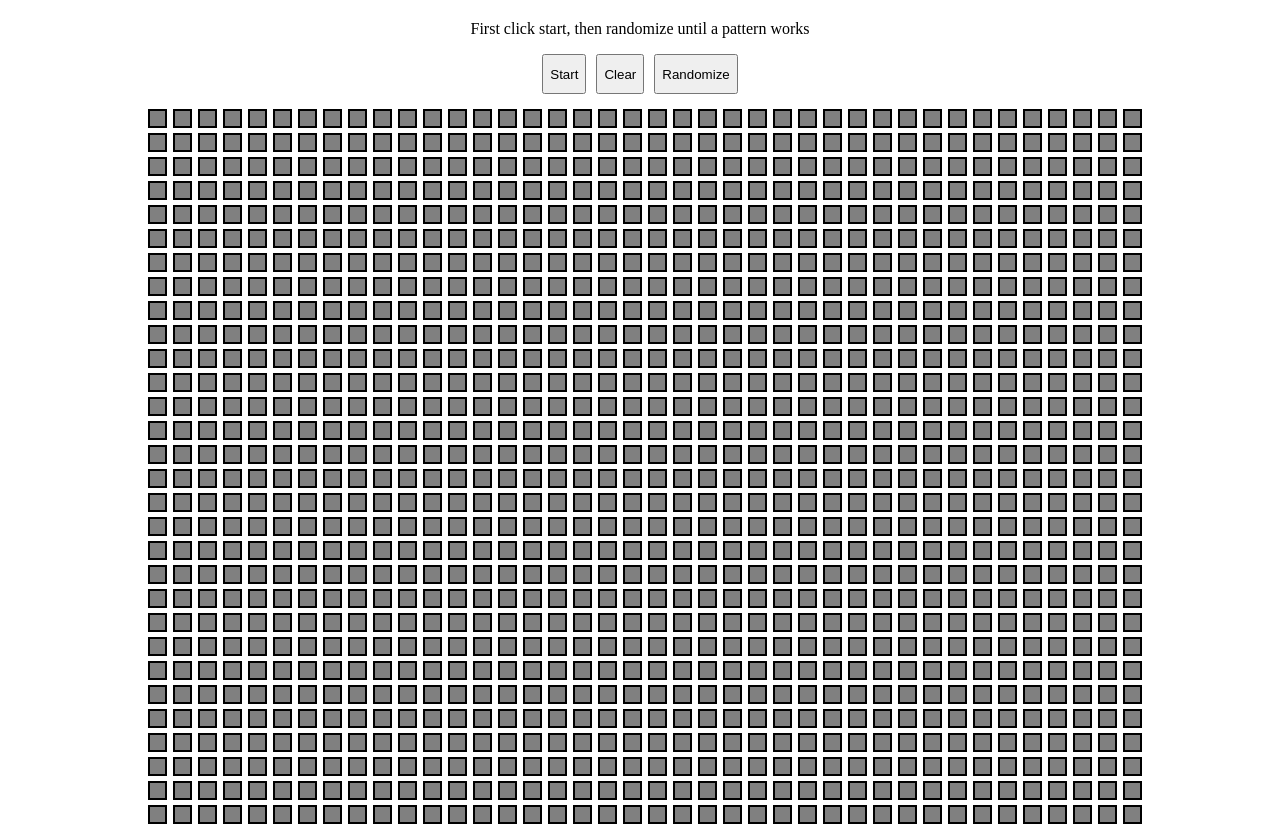
Repository: avanbussum/cellular-automata
Page: /
The author's editor kept a copy of each file at every save. The page is drawn from the files as they stood at one save, then again after a run of saves.
The browser window is 1280 px wide. The pictures show the whole page.
The project was rebuilt for these pictures with package versions that can differ from the ones it lists, and the page was loaded fresh each time.

Above is the page before, as saved 2023-04-29 01:45:40.

### src/App.js
import React, { useState, useCallback, useRef } from 'react'
import Produce from 'immer';

const numRows = 30;
const numCols = 40;

let rps = false;

// const cell = {alive: 0, type: 0, color: ''};
//const deadcell = {dead: 0, type: 0, color: ''};


const neighborCoordinates = [
  [0, 1],
  [0, -1],
  [1, 1],
  [1, -1],
  [-1, 0],
  [-1, 1],
  [-1, -1],
  [1, 0]
]

const resetGrid = () => {
  const rows = [];
  for (let i = 0; i < numRows; i++) {
    rows.push(Array.from(Array(numCols), () => { const cell = { alive: 0, type: '', color: 'purple' }; return (cell) }
    ))
  }
  console.log(rows.join(rows.type))
  return rows;
}

export const App = () => {
  const [grid, setGrid] = useState(() => {
    return resetGrid()
  });

  const [running, setRunning] = useState(false)

  const runningRef = useRef(running);
  runningRef.current = running

  const runSimulation = useCallback(() => {
    if (!runningRef.current) {
      return;
    }
    setGrid((grid) => {
      return Produce(grid, gridCopy => {
        for (let x = 0; x < numRows; x++) {
          for (let y = 0; y < numCols; y++) {
            let neighbors = 0;
            neighborCoordinates.forEach(([a, b]) => {
              const newX = x + a;
              const newY = y + b;

              if (newX >= 0 && newX < numRows && newY >= 0 && newY < numCols) {
                neighbors += grid[newX][newY].alive
              }
            })

            // "game of life - rules"

            // if (neighbors < 2 || neighbors > 3) {
            //   gridCopy[x][y].alive = 0;
            // } else if (grid[x][y].alive === 0 && neighbors === 3) {
            //   gridCopy[x][y].alive = 1;
            // }

            //"seeds"

            // if (grid[x][y].alive === 1 && neighbors === 2) {
            //   gridCopy[x][y].alive = 1;
            // } else if (grid[x][y].alive === 0 && neighbors === 2) {
            //   gridCopy[x][y].alive = 1;
            // } else {
            //   gridCopy[x][y].alive = 0;
            // }

            // "RPS"
            rps = true
            let r = 0;
            let p = 0;
            let s = 0;
            console.log(s)

            neighborCoordinates.forEach(([a, b]) => {
              const newX = x + a;
              const newY = y + b;

              if (newX >= 0 && newX < numRows && newY >= 0 && newY < numCols) {
                if (grid[newX][newY].type === 'scissors') s++;
                if (grid[newX][newY].type === 'rock') r++;
                if (grid[newX][newY].type === 'paper') p++;
              }
            })

            let cur = grid[x][y];
            if (cur.alive) {
              switch (cur.type) {
                case 'rock':
                  if (p>2) {
                    gridCopy[x][y].type = 'paper';
                    gridCopy[x][y].color = 'green';
                  }
                break;

                case 'paper':

                  if (s>2) {
                    gridCopy[x][y].type = 'scissors';
                    gridCopy[x][y].color = 'red';
                  }
                break;

                case 'scissors':
                  if (r>2) {
                    gridCopy[x][y].type = 'rock';
                    gridCopy[x][y].color = 'blue';
                  }
                break;
              }
            }



          }
        }
      });
    });


    setTimeout(runSimulation, 0.1);
  }, []);




  return (
    <>
    <p style={{
          display: 'flex',
          justifyContent: 'center',
          marginTop: '20px',
          gap:'10px'
        }}>First click start, then randomize until a pattern works</p>
    <div style={{
          display: 'flex',
          justifyContent: 'center',
          marginTop: '15px',
          gap:'10px'
        }}>
          <button
          style={{
          height: '40px',
        }}
        onClick={() => {
          setRunning(!running);
          if (!running) {
            runningRef.current = true;
            runSimulation();
          }
        }}
      >
        {running ? 'Stop' : 'Start'}
      </button>
      <button onClick={() => setGrid(resetGrid())}>Clear</button>
      <button
        onClick={() => {
          const rows = [];

          for (let i = 0; i < numRows; i++) {
            rows.push(
              Array.from(Array(numCols), () => {
                const cell = { alive: 0, type: '', color: 'purple' };
                let prob = 0.4;
                if (rps === true) prob = 1
                if (Math.random() < prob) {
                  cell.alive = 1;
                }
                else {
                  cell.alive = 0;
                }

                if (rps === true) {
                  if (Math.random() < 1 / 3) {
                    cell.type = 'rock';
                    cell.color = 'blue'
                  }
                  else if (Math.random() > 2 / 3) {
                    cell.type = 'paper';
                    cell.color = 'green'

                  }
                  else {
                    cell.type = 'scissors';
                    cell.color = 'red'
                  }
                }

                return cell;
              })
            );
          }
          console.log(rows)
          setGrid(rows);
        }}
      >
        Randomize
      </button>
      </div>

      <div
        style={{
          display: 'grid',
          gridTemplateColumns: `repeat(${numCols}, 10px)`,
          rowGap: '5px',
          columnGap: '15px',
          justifyContent: 'center',
          marginTop: '15px',
        }}
      >
        {grid.map((rows, x) =>
          rows.map((col, y) => (
            <div
              onClick={() => {
                const newGrid = Produce(grid, (gridCopy) => {
                  gridCopy[x][y].alive = grid[x][y].alive ? 0 : 1;
                });
                setGrid(newGrid);
              }}
              key={`${x}-${y}`}
              style={{
                width: 15,
                height: 15,
                backgroundColor: grid[x][y].alive ? grid[x][y].color : 'gray',
                border: 'solid 2px black',
              }}
            />
          ))
        )}
      </div>
    </>
  );
}

export default App;

Loaded but not shown: public/index.html (common file); src/index.js (common file); src/reportWebVitals.js (common file)

After the next 2 saves:
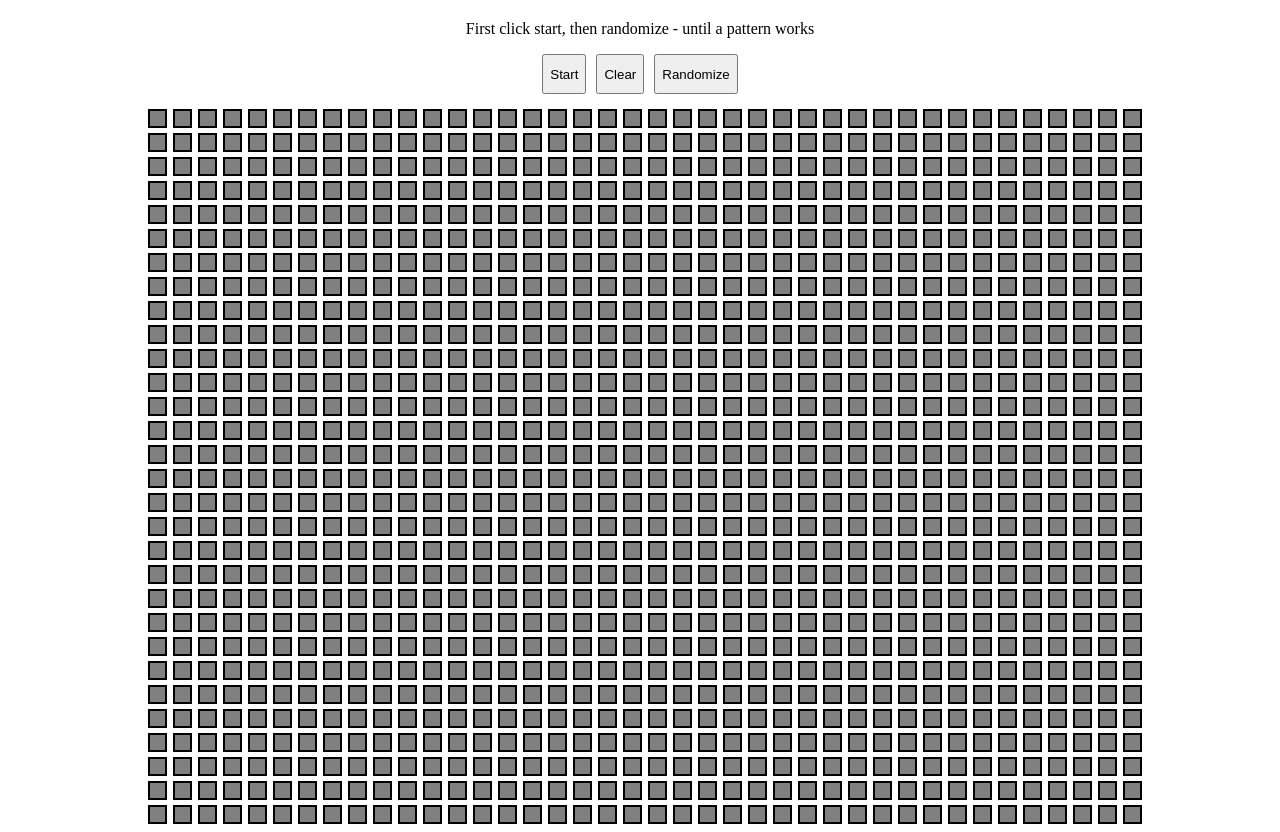
The 2 saves are shown as one change because they came seconds apart.
The last was saved 13 s later.
--- a/src/App.js
+++ b/src/App.js
@@ -143,7 +143,7 @@ export const App = () => {
           justifyContent: 'center',
           marginTop: '20px',
           gap:'10px'
-        }}>First click start, then randomize until a pattern works</p>
+        }}>First click start, then randomize - until a pattern works</p>
     <div style={{
           display: 'flex',
           justifyContent: 'center',
